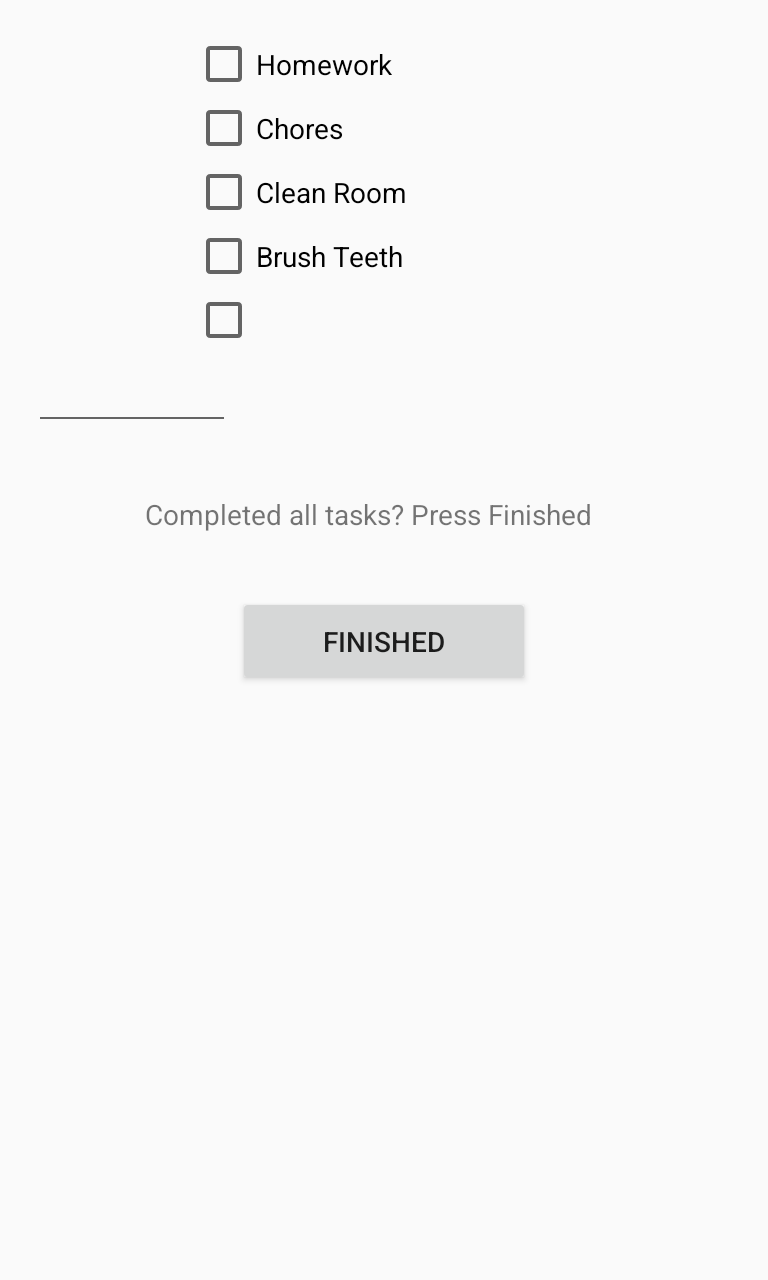
Repository: g80349/Java1
Layout: Week1 Project/ToDoList/res/layout/fragment_main.xml
The author's editor kept a copy of each file at every save. The layout is drawn from the files as they stood at one save, then again after the next save.
It is drawn on a 768 x 1280 px phone screen (xhdpi) without system bars, with theme AppTheme; the app's code is not run. The app's manifest (not shown) leaves right-to-left support off. So textAlignment, textDirection and layoutDirection are ignored, and left and right values win over start and end ones.

Above is the layout before, as saved 2014-04-03 17:44:14.

### Week1 Project/ToDoList/res/layout/fragment_main.xml
<LinearLayout xmlns:android="http://schemas.android.com/apk/res/android"
    xmlns:tools="http://schemas.android.com/tools"
    android:layout_width="match_parent"
    android:layout_height="match_parent"
    android:orientation="vertical"
    android:paddingBottom="@dimen/activity_vertical_margin"
    android:paddingLeft="@dimen/activity_horizontal_margin"
    android:paddingRight="@dimen/activity_horizontal_margin"
    android:paddingTop="@dimen/activity_vertical_margin"
    tools:context="com.example.todolist.MainActivity$PlaceholderFragment" >

    <CheckBox
        android:id="@+id/check_homework"
        android:layout_width="wrap_content"
        android:layout_height="wrap_content"
        android:layout_marginLeft="80dp"
        android:text="@string/check_homework" />

    <CheckBox
        android:id="@+id/check_chores"
        android:layout_width="wrap_content"
        android:layout_height="wrap_content"
        android:layout_marginLeft="80dp"
        android:text="@string/check_chores" />

    <CheckBox
        android:id="@+id/check_cleanRoom"
        android:layout_width="wrap_content"
        android:layout_height="wrap_content"
        android:layout_marginLeft="80dp"
        android:text="@string/check_cleanRoom" />

    <CheckBox
        android:id="@+id/check_brushTeeth"
        android:layout_width="wrap_content"
        android:layout_height="wrap_content"
        android:layout_marginLeft="80dp"
        android:text="@string/check_brushTeeth" />

    <CheckBox
        android:id="@+id/check_user"
        android:layout_width="wrap_content"
        android:layout_height="wrap_content"
        android:layout_marginLeft="80dp"
        android:text="@string/check_user" />

    <EditText
        android:id="@+id/edit_user"
        android:layout_width="100dp"
        android:layout_height="wrap_content"
        android:hint="@string/edit_user" />

    <TextView
        android:id="@+id/textView_toDo"
        android:layout_width="239dp"
        android:layout_height="wrap_content"
        android:layout_gravity="center_horizontal"
        android:layout_marginBottom="30dp"
        android:layout_marginTop="30dp"
        android:text="@string/textView_toDo"
        android:textAlignment="center" />

    <Button
        android:id="@+id/button_finish"
        android:layout_width="148dp"
        android:layout_height="wrap_content"
        android:layout_gravity="center"
        android:onClick="onClick"
        android:text="@string/button_finish" />

</LinearLayout>

### Week1 Project/ToDoList/res/values/strings.xml
<?xml version="1.0" encoding="utf-8"?>
<resources>

    <string name="app_name">To Do List</string>
    <string name="check_homework">Homework</string>
    <string name="check_chores">Chores</string>
    <string name="check_cleanRoom">Clean Room</string>
    <string name="check_brushTeeth">Brush Teeth</string>
    <string name="check_user"></string>
    <string name="edit_user"></string>
    <string name="button_finish">Finished</string>
    <string name="textView_toDo">Completed all tasks? Press Finished</string>
    <string name="action_settings">Settings</string>

</resources>

Loaded but not shown: Week1 Project/ToDoList/res/values/styles.xml (common file); Week1 Project/ToDoList/res/values-v11/styles.xml (common file); Week1 Project/ToDoList/res/values-v14/styles.xml (common file); Week1 Project/ToDoList/res/values/dimens.xml (common file); Week1 Project/ToDoList/res/values-w820dp/dimens.xml (common file)

After the next save:
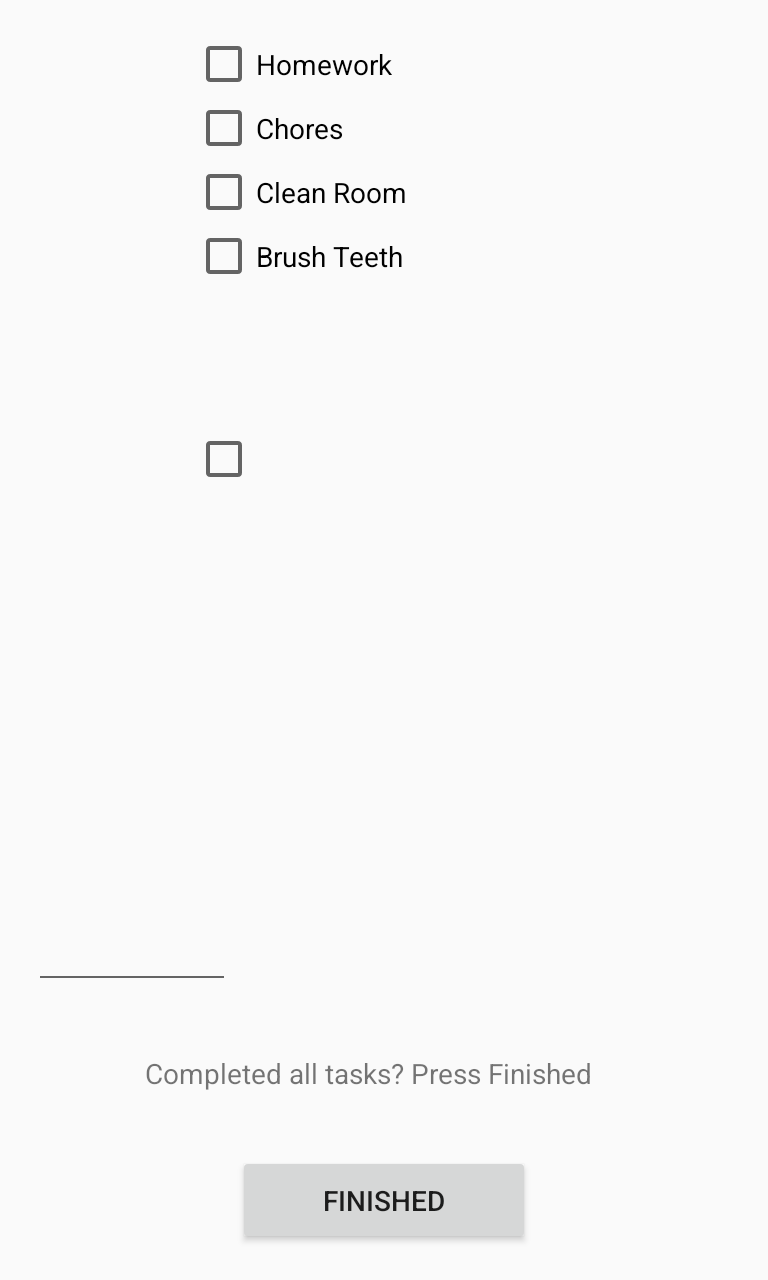
Saved 8 min 22 s later.
--- a/Week1 Project/ToDoList/res/layout/fragment_main.xml
+++ b/Week1 Project/ToDoList/res/layout/fragment_main.xml
@@ -1,7 +1,7 @@
 <LinearLayout xmlns:android="http://schemas.android.com/apk/res/android"
     xmlns:tools="http://schemas.android.com/tools"
-    android:layout_width="match_parent"
-    android:layout_height="match_parent"
+    android:layout_width="wrap_content"
+    android:layout_height="wrap_content"
     android:orientation="vertical"
     android:paddingBottom="@dimen/activity_vertical_margin"
     android:paddingLeft="@dimen/activity_horizontal_margin"
@@ -42,12 +42,15 @@
         android:layout_width="wrap_content"
         android:layout_height="wrap_content"
         android:layout_marginLeft="80dp"
+        android:layout_weight="1"
         android:text="@string/check_user" />
 
     <EditText
         android:id="@+id/edit_user"
         android:layout_width="100dp"
         android:layout_height="wrap_content"
+        android:ems="10"
+        android:layout_weight="1"
         android:hint="@string/edit_user" />
 
     <TextView
